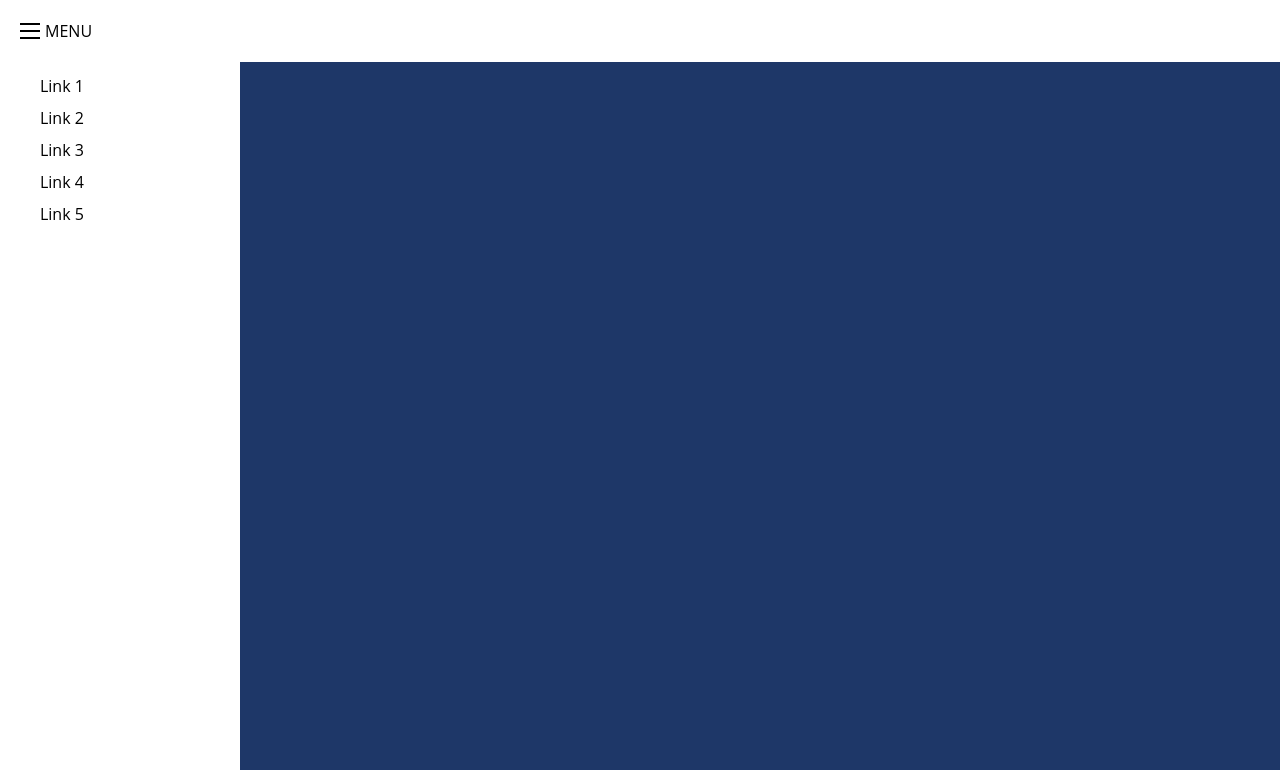
Repository: magdaf41/jQuery
Page: zadanie 5/index.html
These files come from the project's save history. The page is drawn as it stood at one moment and after the next save; the edit follows.
The browser window is 1280 px wide. The pictures show the whole page.

Above is the page before, as saved 2020-09-10 22:18:27.

After the next save:
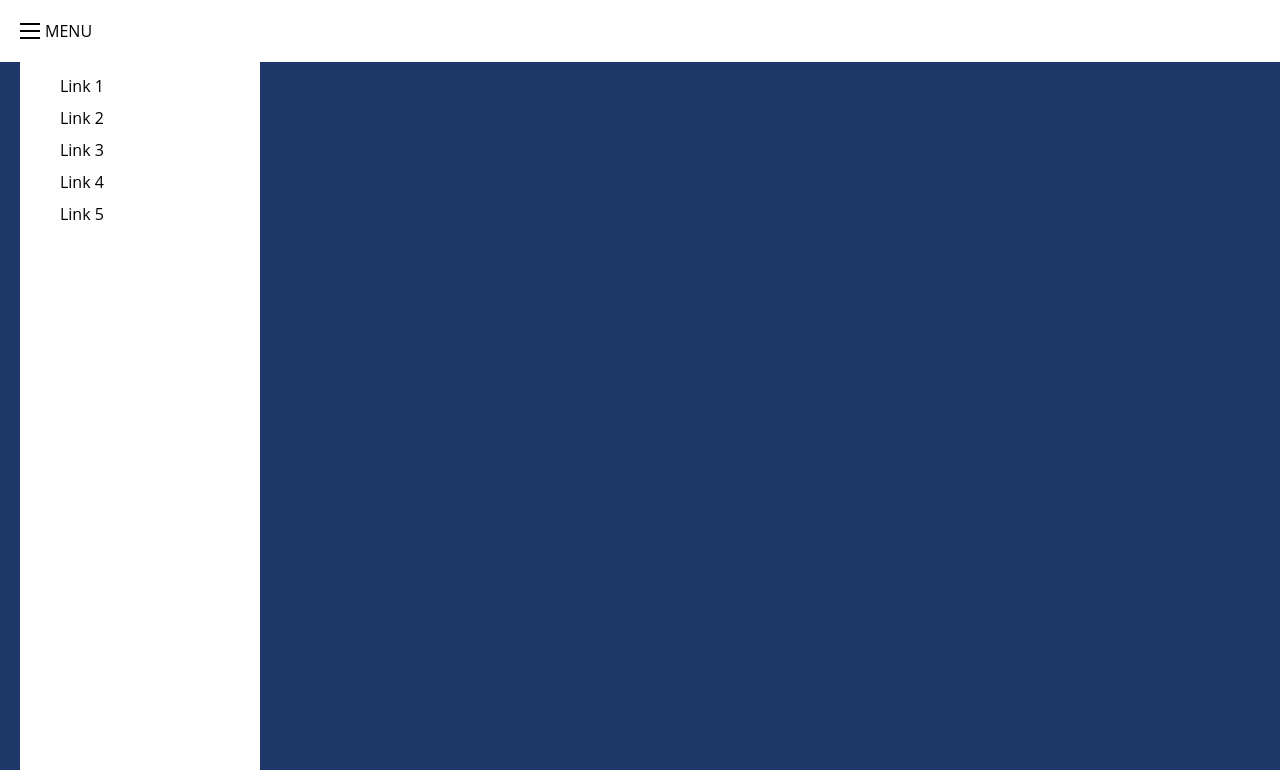
Saved 3 min 57 s later.
--- a/zadanie 5/css/style.css
+++ b/zadanie 5/css/style.css
@@ -44,7 +44,7 @@ body {
 .main-menu {
     position: absolute;
     top: 50px;
-    left: 0;
+    left: -240;
     background-color: #fff;
     width: 240px;
     margin: 0;
